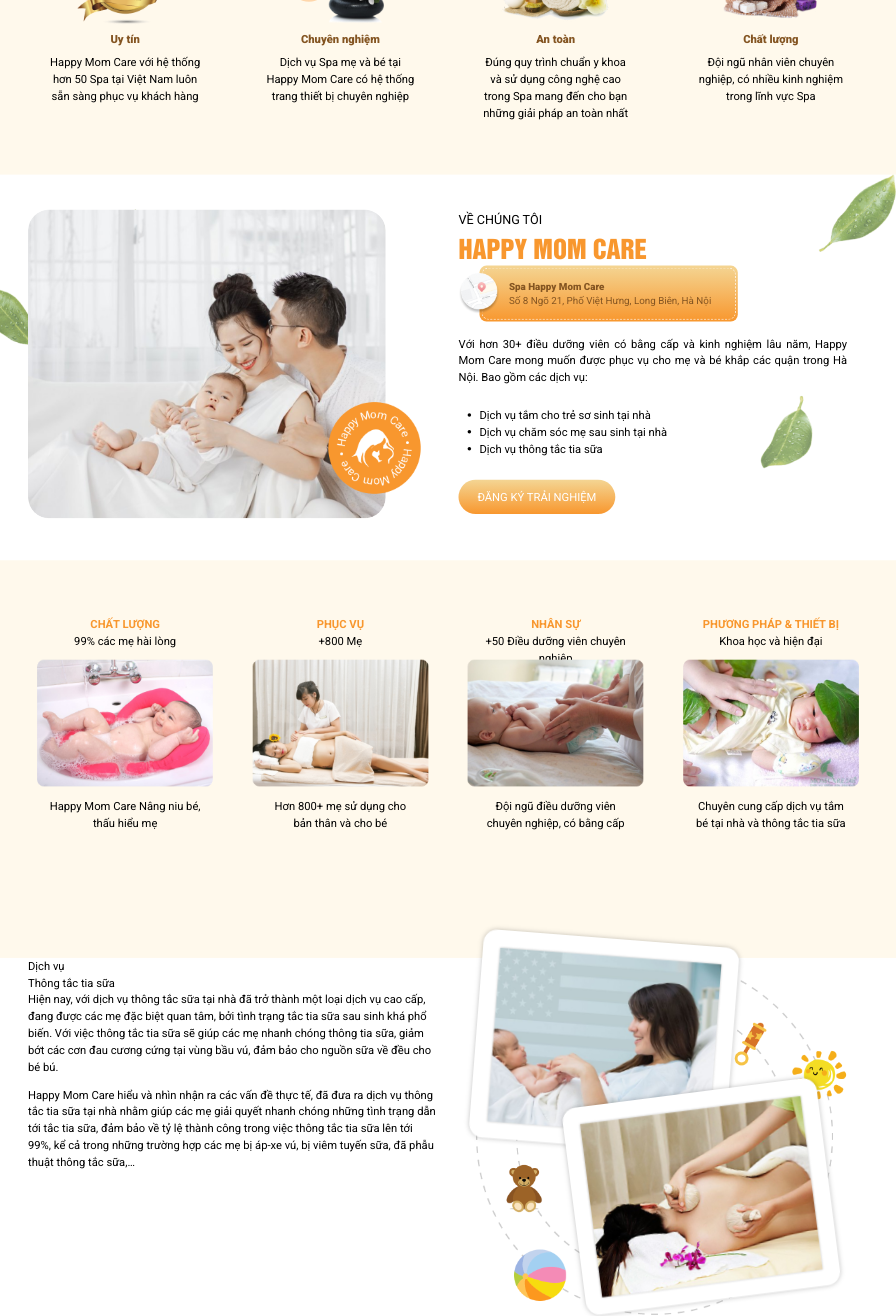
Repository: haianh12082001/happymom
Page: index.html
These files come from the project's save history. The page is drawn as it stood at one moment and after the next save; the edit follows.
The browser window is 1280 px wide. The pictures show the part of the page from y = 869 to 2789 px (the page is 2749 px tall before and 2789 px after), at 70% of full size.
Some web libraries are served in a nearby version. The style sheet was rebuilt from its Sass, Less or Tailwind sources for each picture, by a compiler version that may differ from the author's.

Above is the page before, as saved 2021-11-16 10:06:08.

### index.html
<!DOCTYPE html>
<html lang="en">
    <head>
        <meta charset="UTF-8" />
        <meta http-equiv="X-UA-Compatible" content="IE=edge" />
        <meta name="viewport" content="width=device-width, initial-scale=1.0" />
        <title>Document</title>
        <link href="https://fonts.googleapis.com/css2?family=Roboto:wght@300;400;500;700;900&display=swap" rel="stylesheet" />
        <link rel="stylesheet" href="./assets/fonts/fontawesome-free-5.15.3/css/all.min.css" />
        <link
            rel="stylesheet"
            href="https://cdn.jsdelivr.net/npm/bootstrap@4.6.0/dist/css/bootstrap.min.css"
            integrity="sha384-B0vP5xmATw1+K9KRQjQERJvTumQW0nPEzvF6L/Z6nronJ3oUOFUFpCjEUQouq2+l"
            crossorigin="anonymous"
        />
        <link rel="stylesheet" href="./assets/css/app.css" />
    </head>
    <body>
        <div class="topbar">
            <div class="topbar__container container">
                <div class="topbar__logo">
                    <img src="./assets/img/logo.png" alt="" />
                </div>
                <div class="topbar__openTime">
                    <div class="openTime__text">Giờ mở cửa</div>
                    <div class="openTime__time">8h00 - 16h00</div>
                </div>
                <div class="topbar__seach">
                    <input type="text" name="" id="" placeholder="Tìm kiếm" />
                    <button class="button__seach">
                        <i class="fas fa-search r"></i>
                    </button>
                </div>
                <div class="topbar__hotline">
                    <div class="hotline__icon">
                        <img src="./assets/img/icon__phone.png" alt="" />
                    </div>
                    <div class="hotline__text">
                        <p class="hotline__text--top">Hotline:</p>
                        <p class="hotline__text--bottom">0944 430 977</p>
                    </div>
                </div>
                <div class="topbar__book">
                    <div class="book__icon">
                        <i class="fas fa-calendar-alt"></i>
                    </div>
                    <p class="book__text">Đặt lịch hẹn</p>
                </div>
            </div>
        </div>
        <header class="header">
            <div class="header__container container">
                <ul class="header__list">
                    <li class="header__item">
                        <a href="#" class="header__link">Trang chủ</a>
                    </li>
                    <li class="header__item">
                        <a href="#" class="header__link">Giới thiệu</a>
                    </li>
                    <li class="header__item">
                        <a href="#" class="header__link">Dịch vụ</a>
                    </li>
                    <li class="header__item">
                        <a href="#" class="header__link">Khoá học</a>
                    </li>
                    <li class="header__item">
                        <a href="#" class="header__link">Hệ thống đại lý</a>
                    </li>
                    <li class="header__item">
                        <a href="#" class="header__link">Tin tức</a>
                    </li>
                    <li class="header__item">
                        <a href="#" class="header__link">Liên hệ</a>
                    </li>
                </ul>
                <ul class="header__social">
                    <li>
                        <a href="#">
                            <i class="fab fa-facebook-f"></i>
                        </a>
                    </li>
                    <li>
                        <a href="#">
                            <i class="fab fa-twitter"></i>
                        </a>
                    </li>
                    <li>
                        <a href="#">
                            <i class="fab fa-google-plus-g"></i>
                        </a>
                    </li>
                    <li>
                        <a href="#">
                            <i class="fab fa-skype"></i>
                        </a>
                    </li>
                </ul>
            </div>
        </header>
        <section class="banner">
            <div class="banner__content">
                <div class="banner__img">
                    <img src="./assets/img/banner/Rectangle 28.png" alt="" />
                </div>
                <!-- <div class="banner__phone">
                    <div class="icon">
                        <i class="fas fa-phone-alt"></i>
                    </div>
                    <div class="text">0944 430 977</div>
                </div> -->
            </div>
        </section>
        <section class="bannerAdv">
            <div class="bannerAdv__container container">
                <div class="row">
                    <div class="bannerAdv__item col-lg-3">
                        <div class="bannerAdv__item--top">
                            <div class="text">01</div>
                            <img src="./assets/img/bannerAdv/pngwing 6.png" alt="" />
                        </div>
                        <div class="bannerAdv__item--bottom">
                            <div class="name">Uy tín</div>
                            <p class="des">Happy Mom Care với hệ thống hơn 50 Spa tại Việt Nam luôn sẵn sàng phục vụ khách hàng</p>
                        </div>
                    </div>
                    <div class="bannerAdv__item col-lg-3">
                        <div class="bannerAdv__item--top">
                            <div class="text">02</div>
                            <img src="./assets/img/bannerAdv/pngwing 8.png" alt="" />
                        </div>
                        <div class="bannerAdv__item--bottom">
                            <div class="name">Chuyên nghiệm</div>
                            <p class="des">Dịch vụ Spa mẹ và bé tại Happy Mom Care có hệ thống trang thiết bị chuyên nghiệp</p>
                        </div>
                    </div>
                    <div class="bannerAdv__item col-lg-3">
                        <div class="bannerAdv__item--top">
                            <div class="text">03</div>
                            <img src="./assets/img/bannerAdv/pngwing 9.png" alt="" />
                        </div>
                        <div class="bannerAdv__item--bottom">
                            <div class="name">An toàn</div>
                            <p class="des">Đúng quy trình chuẩn y khoa và sử dụng công nghệ cao trong Spa mang đến cho bạn những giải pháp an toàn nhất</p>
                        </div>
                    </div>
                    <div class="bannerAdv__item col-lg-3">
                        <div class="bannerAdv__item--top">
                            <div class="text">04</div>
                            <img src="./assets/img/bannerAdv/pngwing 10.png" alt="" />
                        </div>
                        <div class="bannerAdv__item--bottom">
                            <div class="name">Chất lượng</div>
                            <p class="des">Đội ngũ nhân viên chuyên nghiệp, có nhiều kinh nghiệm trong lĩnh vực Spa</p>
                        </div>
                    </div>
                </div>
            </div>
        </section>
        <section class="introduce">
            <div class="introduce__container container">
                <div class="row">
                    <div class="col-lg-6">
                        <div class="introduce__img">
                            <img src="./assets/img/Rectangle 33.png" alt="" />
                        </div>
                    </div>
                    <div class="col-lg-6">
                        <div class="introduce__heading">Về chúng tôi</div>
                        <div class="introduce__name">Happy mom care</div>
                        <div class="introduce__address">
                            <div class="introduce__address--img">
                                <img src="./assets/img/Ellipse 29.png" alt="" />
                            </div>
                            <div class="introduce__address--text">
                                <p>Spa Happy Mom Care</p>
                                <span>Số 8 Ngõ 21, Phố Việt Hưng, Long Biên, Hà Nội</span>
                            </div>
                        </div>
                        <div class="introduce__text">
                            <p>
                                Với hơn 30+ điều dưỡng viên có bằng cấp và kinh nghiệm lâu năm, Happy Mom Care mong muốn được phục vụ cho mẹ và bé khắp các quận
                                trong Hà Nội. Bao gồm các dịch vụ:
                            </p>
                            <ul class="text__list">
                                <li>Dịch vụ tắm cho trẻ sơ sinh tại nhà</li>
                                <li>Dịch vụ chăm sóc mẹ sau sinh tại nhà</li>
                                <li>Dịch vụ thông tắc tia sữa</li>
                            </ul>
                        </div>
                        <div class="introduce__btn">
                            <a href="">Đăng ký trải nghiệm</a>
                        </div>
                    </div>
                </div>
            </div>
        </section>
        <section class="blog">
            <div class="blog__container container">
                <div class="row">
                    <div class="blog__item col-lg-3">
                        <div class="blog__name">Chất lượng</div>
                        <div class="blog__subname">99% các mẹ hài lòng</div>
                        <div class="blog__img">
                            <img src="./assets/img/blog/Rectangle 35 (3).png" alt="" />
                        </div>
                        <div class="blog__des">Happy Mom Care Nâng niu bé, thấu hiểu mẹ</div>
                        <div class="blog__btn btn">
                            <a href="">Tìm hiểu thêm</a>
                            <img class="blog__btn--img" src="./assets/img/blog/plant 1.png" alt="" />
                        </div>
                    </div>
                    <div class="blog__item col-lg-3">
                        <div class="blog__name">Phục vụ</div>
                        <div class="blog__subname">+800 Mẹ</div>
                        <div class="blog__img">
                            <img src="./assets/img/blog/Rectangle 35 (4).png" alt="" />
                        </div>
                        <div class="blog__des">Hơn 800+ mẹ sử dụng cho bản thân và cho bé</div>
                        <div class="blog__btn btn">
                            <a href="">Tìm hiểu thêm</a>
                            <img class="blog__btn--img" src="./assets/img/blog/plant 1.png" alt="" />
                        </div>
                    </div>
                    <div class="blog__item col-lg-3">
                        <div class="blog__name">Nhân sự</div>
                        <div class="blog__subname">+50 Điều dưỡng viên chuyên nghiệp</div>
                        <div class="blog__img">
                            <img src="./assets/img/blog/Rectangle 35 (5).png" alt="" />
                        </div>
                        <div class="blog__des">Đội ngũ điều dưỡng viên chuyên nghiệp, có bằng cấp</div>
                        <div class="blog__btn btn">
                            <a href="">Tìm hiểu thêm</a>
                            <img class="blog__btn--img" src="./assets/img/blog/plant 1.png" alt="" />
                        </div>
                    </div>
                    <div class="blog__item col-lg-3">
                        <div class="blog__name">PHƯƠNG PHÁP & THIẾT BỊ</div>
                        <div class="blog__subname">Khoa học và hiện đại</div>
                        <div class="blog__img">
                            <img src="./assets/img/blog/Rectangle 35 (6).png" alt="" />
                        </div>
                        <div class="blog__des">Chuyên cung cấp dịch vụ tắm bé tại nhà và thông tắc tia sữa</div>
                        <div class="blog__btn btn">
                            <a href="">Tìm hiểu thêm</a>
                            <img class="blog__btn--img" src="./assets/img/blog/plant 1.png" alt="" />
                        </div>
                    </div>
                </div>
            </div>
        </section>
        <seaction class="serviceOne">
            <div class="serviceOne__container container">
                <div class="row">
                    <div class="col-lg-6 serviceOne__left">
                        <div class="service__title">Dịch vụ</div>
                        <div class="service__name">Thông tắc tia sữa</div>
                        <p>
                            Hiện nay, với dịch vụ thông tắc sữa tại nhà đã trở thành một loại dịch vụ cao cấp, đang được các mẹ đặc biệt quan tâm, bởi tình
                            trạng tắc tia sữa sau sinh khá phổ biến. Với việc thông tắc tia sữa sẽ giúp các mẹ nhanh chóng thông tia sữa, giảm bớt các cơn đau
                            cương cứng tại vùng bầu vú, đảm bảo cho nguồn sữa về đều cho bé bú.
                        </p>
                        <p>
                            Happy Mom Care hiểu và nhìn nhận ra các vấn đề thực tế, đã đưa ra dịch vụ thông tắc tia sữa tại nhà nhằm giúp các mẹ giải quyết
                            nhanh chóng những tình trạng dẫn tới tắc tia sữa, đảm bảo về tỷ lệ thành công trong việc thông tắc tia sữa lên tới 99%, kể cả trong
                            những trường hợp các mẹ bị áp-xe vú, bị viêm tuyến sữa, đã phẫu thuật thông tắc sữa,…
                        </p>
                    </div>
                    <div class="col-lg-6 serviceOne__right">
                        <div class="bigCircle__img">
                            <img src="./assets/img/serviceOne/Group 392.png" alt="" />
                        </div>
                        <div class="serviceOne__img--top">
                            <img src="./assets/img/serviceOne/Rectangle 37 (1).png" alt="" />
                        </div>
                        <div class="serviceOne__img--bottom">
                            <img src="./assets/img/serviceOne/Rectangle 38 (1).png" alt="" />
                        </div>
                    </div>
                </div>
            </div>
        </seaction>
        <script type="text/javascript" src="https://code.jquery.com/jquery-1.11.0.min.js"></script>
        <script type="text/javascript" src="https://code.jquery.com/jquery-migrate-1.2.1.min.js"></script>
        <script
            src="https://cdnjs.cloudflare.com/ajax/libs/bootstrap/4.6.0/js/bootstrap.min.js"
            integrity="sha512-XKa9Hemdy1Ui3KSGgJdgMyYlUg1gM+QhL6cnlyTe2qzMCYm4nAZ1PsVerQzTTXzonUR+dmswHqgJPuwCq1MaAg=="
            crossorigin="anonymous"
            referrerpolicy="no-referrer"
        ></script>
        <script type="text/javascript" src="https://cdn.jsdelivr.net/npm/slick-carousel@1.8.1/slick/slick.min.js"></script>
        <script src="./assets/js/main.js"></script>
    </body>
</html>

### assets/sass/app.scss
@import "variables";
@import "reset";
@import "global";
@import "topbar";
@import "header";
@import "banner";
@import "bannerAdv";
@import "introduce";
@import "blog";
@import "service";

### assets/sass/_variables.scss
$font-family: "Roboto", sans-serif;
$color-global: #f8972e;
$text-color: #000000;

### assets/sass/_reset.scss
html {
    box-sizing: border-box;
    scroll-behavior: smooth;
}
* {
    margin: 0;
    padding: 0;
}
*,
*:before,
*:after {
    box-sizing: border-box;
}
input,
textarea,
select,
button {
    outline: none;
}
input {
    line-height: normal;
    outline: none;
    box-shadow: none;
}
input:focus {
    outline: 0;
    border: none;
    box-shadow: none;
}
ul,
li {
    margin: 0;
    padding: 0;
    list-style: none;
}
label,
button {
    cursor: pointer;
}
a {
    text-decoration: none;
    &:hover {
        text-decoration: none;
    }
}
img {
    display: block;
    max-width: 100%;
}

### assets/sass/_global.scss
@font-face {
    font-family: "UTM";
    font-display: swap;
    src: url("../fonts/word/UTM\ HelvetIns.ttf") format("truetype");
}
@font-face {
    font-family: "Time";
    font-display: swap;
    src: url("../fonts/word/timesbd.ttf") format("truetype");
}
body {
    font-family: $font-family;
    margin: 0;
    padding: 0;
    width: 100%;
    font-size: 16px;
    color: $text-color;
}
.container {
    max-width: 1230px;
    margin: 0 auto;
    padding: 0 15px;
}

### assets/sass/_header.scss
.header {
    // height: 59px;
    background: $color-global;
    &__container {
        display: flex;
        justify-content: space-between;
        align-items: center;
    }
    &__list {
        display: flex;
        justify-content: space-between;
        text-transform: uppercase;
        align-items: center;
        // column-gap: 66px;
    }
    &__item {
        margin-left: 66px;
        padding: 16px 0;
        &:first-child {
            margin-left: 0;
        }
    }
    &__link {
        color: #fff;
        font-weight: 500;
    }
    &__social {
        display: flex;
        align-items: center;
        li {
            width: 31px;
            height: 31px;
            background: #fff;
            border-radius: 50%;
            margin-left: 8px;
            i {
                display: flex;
                height: 100%;
                justify-content: center;
                align-items: center;
            }
        }
    }
}

### assets/sass/_banner.scss
.banner {
    position: relative;
    &__img img {
        width: 100%;
        max-height: 598px;
    }
    &__phone {
        color: #845522;
        display: flex;
        .text {
            font-family: "UTM";
        }
    }
}

### assets/sass/_bannerAdv.scss
.bannerAdv {
    background: #fff9ec;
    padding: 25px 0 60px;
    &__container {
    }
    &__item {
        padding: 0px 46px;
        display: flex;
        flex-direction: column;
        align-items: center;
        &--top {
            position: relative;
            display: inline-block;
            max-width: 180px;
            height: 207px;

            .text {
                color: #ffd7ab;
                font-size: 180px;
                font-weight: 700;
                font-family: "Time";
                line-height: 206px;
            }
            img {
                position: absolute;
                bottom: 10px;
                left: 50%;
                transform: translateX(-50%);
            }
        }
        &--bottom {
            text-align: center;
            .name {
                color: #845522;
                margin-bottom: 9px;
                font-weight: 900;
            }
        }
    }
}

### assets/sass/_blog.scss
.blog {
    padding-top: 40px;
    padding-bottom: 60px;
    background: #fff9ec;
    &__item {
        padding: 40px 28px 55px 28px;
    }
    &__name {
        text-align: center;
        text-transform: uppercase;
        color: $color-global;
        font-weight: 700;
    }
    &__subname {
        text-align: center;
        // margin-bottom: 13px;
        height: 38px;
    }
    &__des {
        text-align: center;
        padding: 17px;
        display: -webkit-box;
        -webkit-line-clamp: 2;
        -webkit-box-orient: vertical;
        overflow: hidden;
        text-overflow: ellipsis;
        word-break: break-word;
        // height: 59px;
    }
    &__btn {
        text-align: center;
        margin-top: 10px;
        position: relative;
        display: inherit;
        visibility: hidden;
        a {
            padding: 15px 28px 11px 28px;
            background: linear-gradient(180deg, #f4d593 0%, #f8972e 100%);
            border-radius: 50px;
            text-transform: uppercase;
            color: #fff;
            font-weight: 500;
            box-shadow: 0 3px 0px rgba($color: #c2611c, $alpha: 1);
        }
        &--img {
            position: absolute;
            bottom: 0;
            right: 0;
            transform: translateX(25%);
        }
    }
    &__item:hover {
        box-shadow: 0px 0px 20px rgba(239, 206, 168, 0.5);
        border-radius: 20px;
        .blog__btn {
            visibility: initial;
        }
    }
}

### assets/sass/_service.scss
.service {
}
.serviceOne {
    &__right {
        padding: 0 40px;
        position: relative;
    }
    &__img--top {
        position: absolute;
        top: -28px;
        // left: 0;
        padding: 20px;
        filter: drop-shadow(0px 0px 4px rgba(0, 0, 0, 0.25));
        transform: rotate(4.47deg);
        border-radius: 20px;
        background: #fff;
        img {
            width: 326px;
            height: 258px;
            // object-fit: cover;
        }
    }
    &__img--bottom {
        position: absolute;
        bottom: 20px;
        right: 70px;
        padding: 20px;
        filter: drop-shadow(0px 0px 4px rgba(0, 0, 0, 0.25));
        transform: rotate(-7.32deg);
        border-radius: 20px;
        background: #fff;
        img {
            width: 326px;
            height: 258px;
        }
    }
}

Loaded but not shown: assets/fonts/fontawesome-free-5.15.3/css/all.min.css (library); assets/sass/_introduce.scss (117 lines, source omitted); assets/sass/_topbar.scss (95 lines, source omitted); assets/js/main.js (no copy from this time; the picture is the same without it)

After the next save:
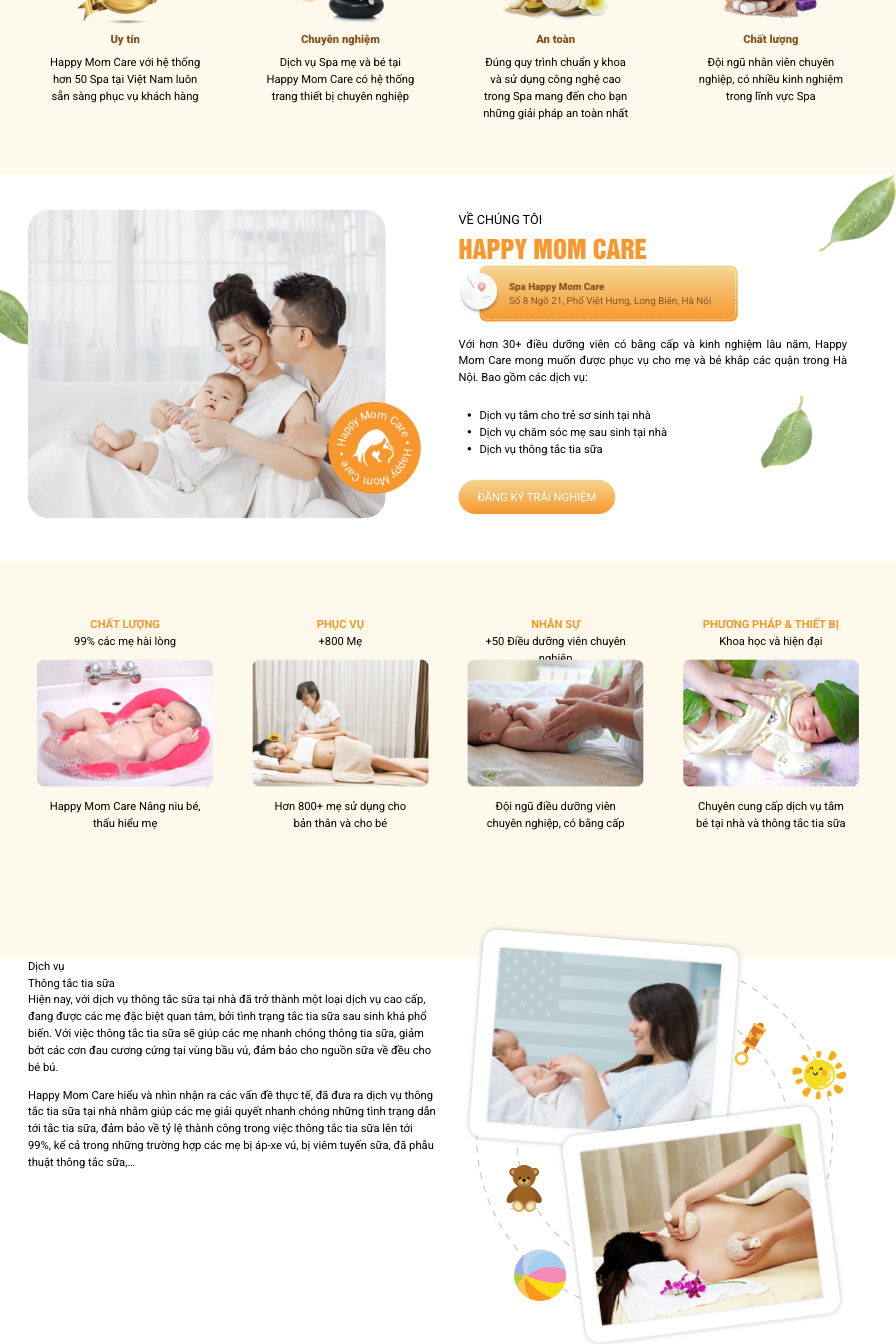
Saved 4 s later.
--- a/assets/sass/_service.scss
+++ b/assets/sass/_service.scss
@@ -22,7 +22,7 @@
     }
     &__img--bottom {
         position: absolute;
-        bottom: 20px;
+        bottom: -20px;
         right: 70px;
         padding: 20px;
         filter: drop-shadow(0px 0px 4px rgba(0, 0, 0, 0.25));
